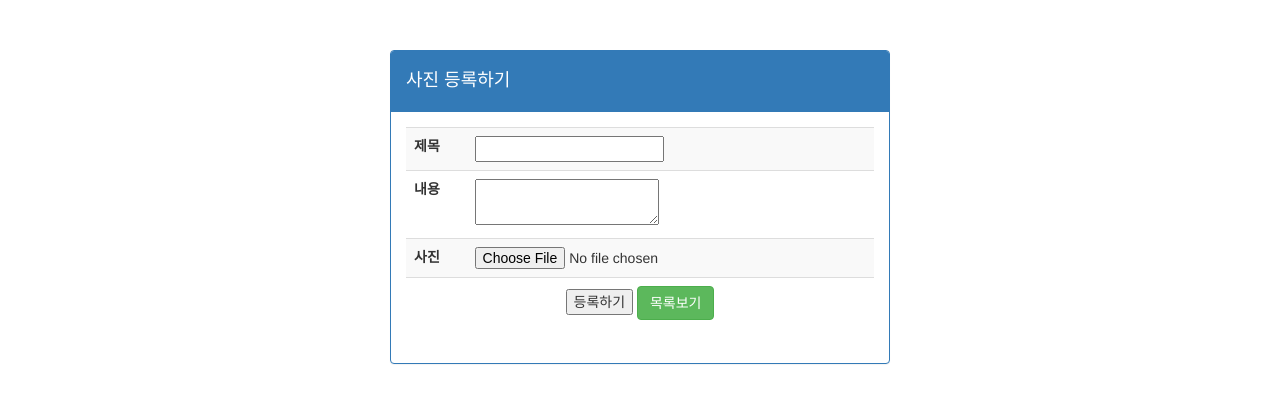
Repository: simDev1234/WebStudy
Page: http://localhost/2022_0607_PhotoGallery/photo/photo_insert_form.jsp
An editor plug-in stored every save of this project. The page is shown before and after the next save, followed by the edit.
The browser window is 1280 px wide. The pictures show the whole page.
The page is served by Tomcat 9.

Above is the page before, as saved 2022-06-08 03:01:41.

After the next save:
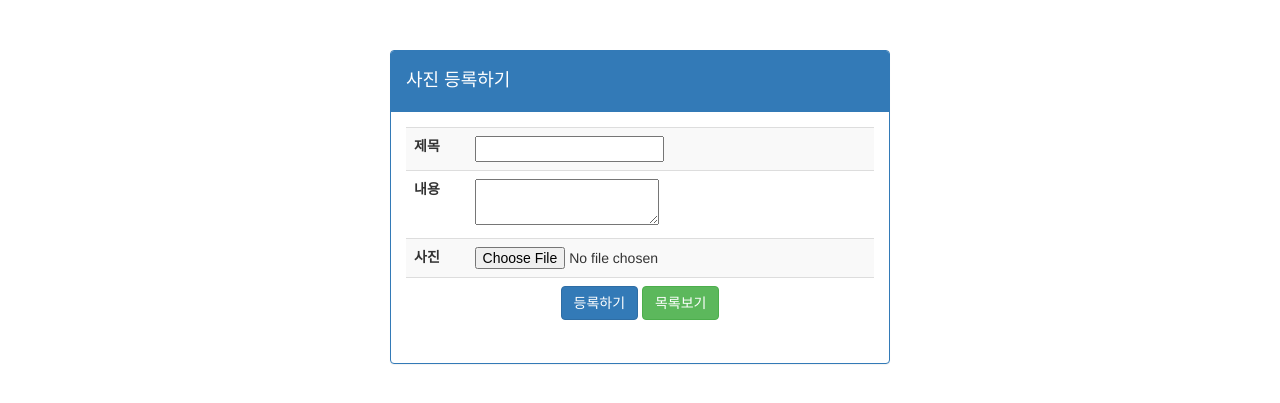
Saved 10 s later.
--- a/_01_상반기_WebStudy/2022_0607_PhotoGallery/src/main/webapp/photo/photo_insert_form.jsp
+++ b/_01_상반기_WebStudy/2022_0607_PhotoGallery/src/main/webapp/photo/photo_insert_form.jsp
@@ -37,7 +37,7 @@
 	              </tr>
 	              <tr>
 	                <td colspan = "2" align = "center">
-	                  <input type = "button" value = "등록하기" onclick = "send(this.form);">
+	                  <input class = "btn btn-primary" type = "button" value = "등록하기" onclick = "send(this.form);">
 	                  <input class = "btn btn-success" type = "button" value = "목록보기" onclick = "location.href = 'list.do'">
 	                </td>
 	              </tr>
